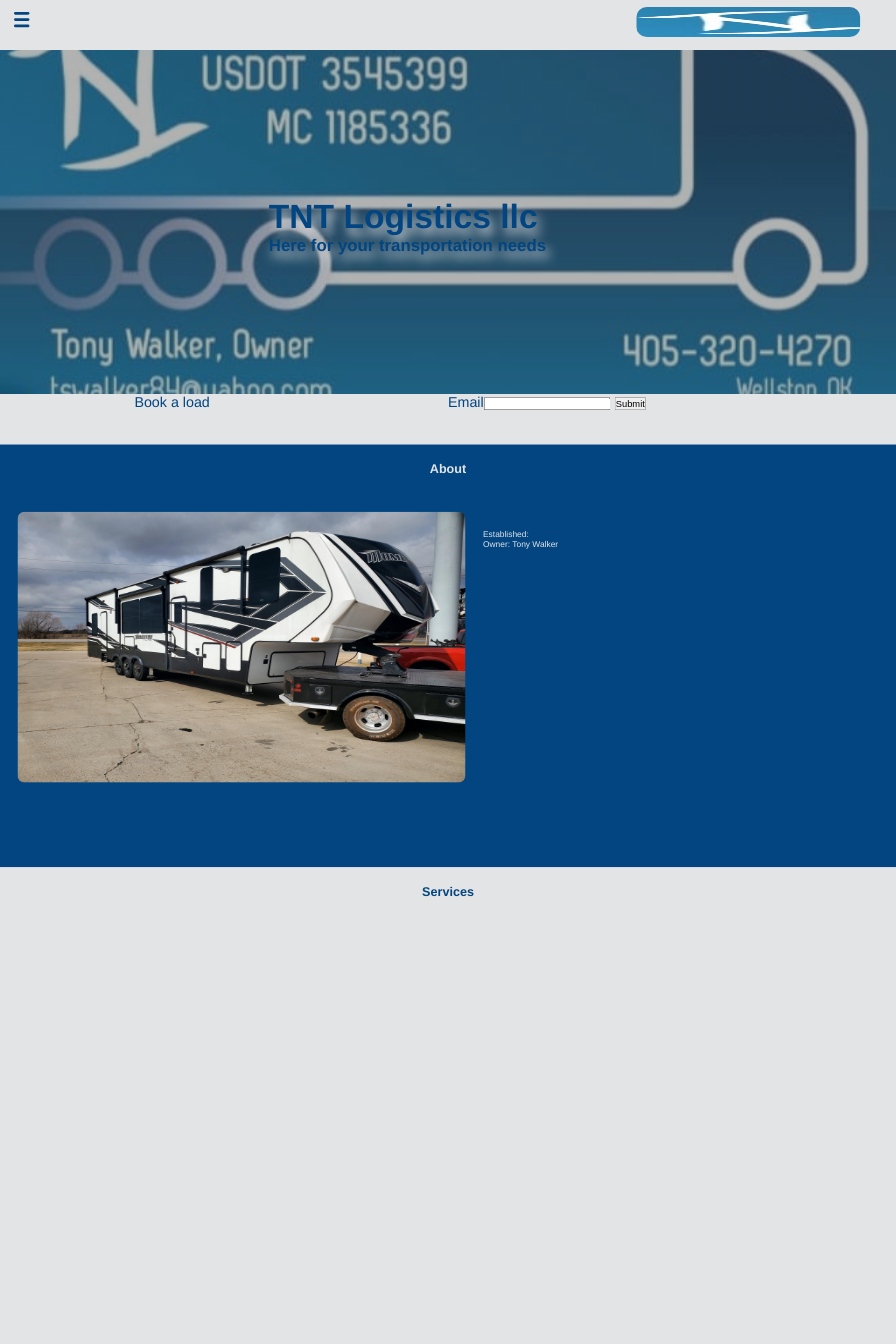
Repository: tommygoverstreet/tntlogisticsllc
Page: index.html
The author's editor kept a copy of each file at every save. The page is drawn from the files as they stood at one save, then again after a run of saves.
The browser window is 1280 px wide. The pictures show the part of the page from y = 0 to 1920 px (the page is 3647 px tall), at 70% of full size.
Backgrounds fixed to the window are drawn as part of the page. Some web fonts or font styles are not loaded; a fallback is used.

Above is the page before, as saved 2022-04-18 22:57:02.

After the next 3 saves:
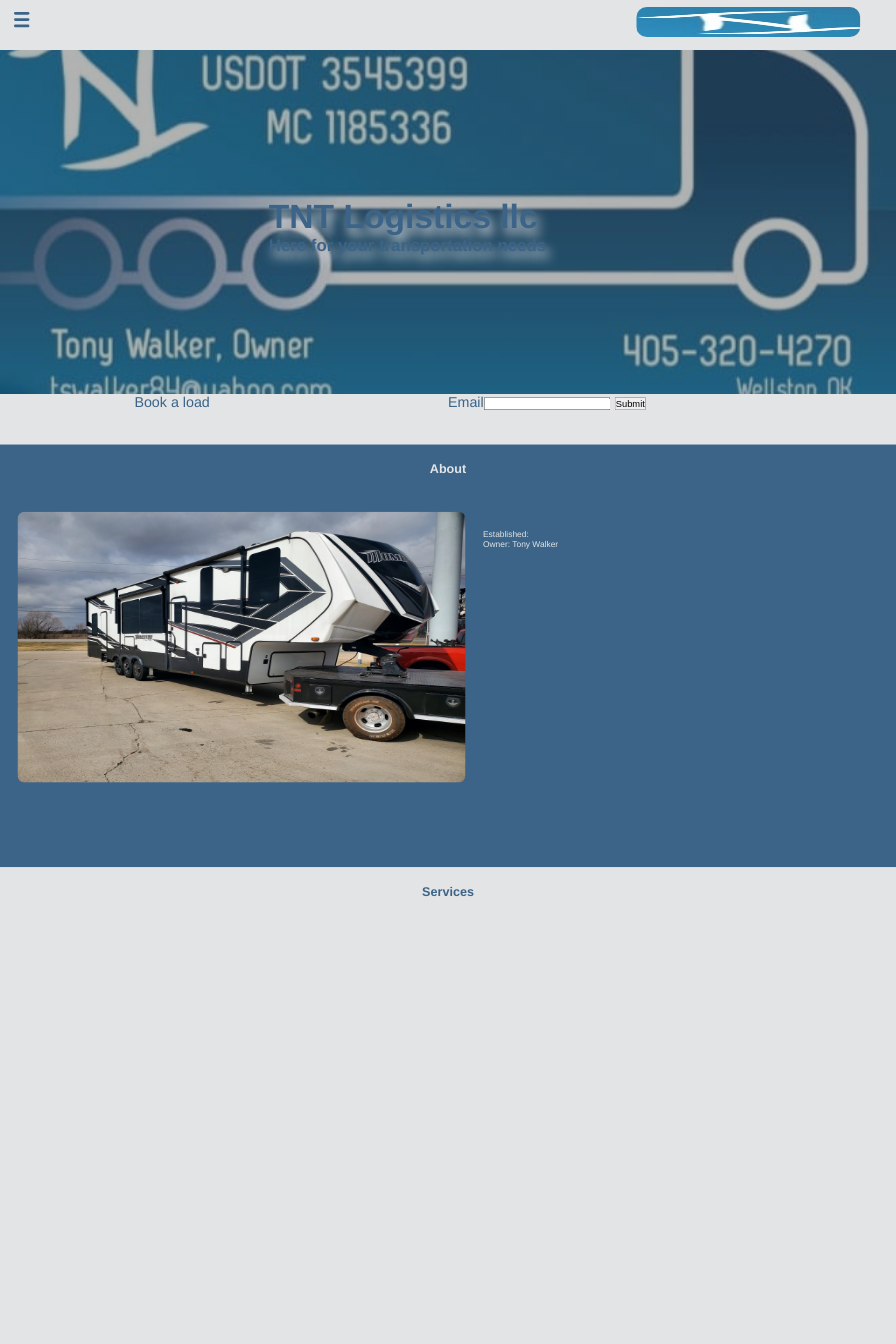
The 3 saves are shown as one change because they came seconds apart.
The last was saved 116 s later.
--- a/style/main.css
+++ b/style/main.css
@@ -1,7 +1,7 @@
 @import url("https://fonts.googleapis.com/css2?family=Bebas+Neue&family=Square+Peg&display=swap");
 
 :root {
- --secondary: #024580;
+ --secondary: #3B6488;
  --main: rgb(227, 228, 230);
  --light: rgb(145, 148, 153);
  --dark: #1D2731;
